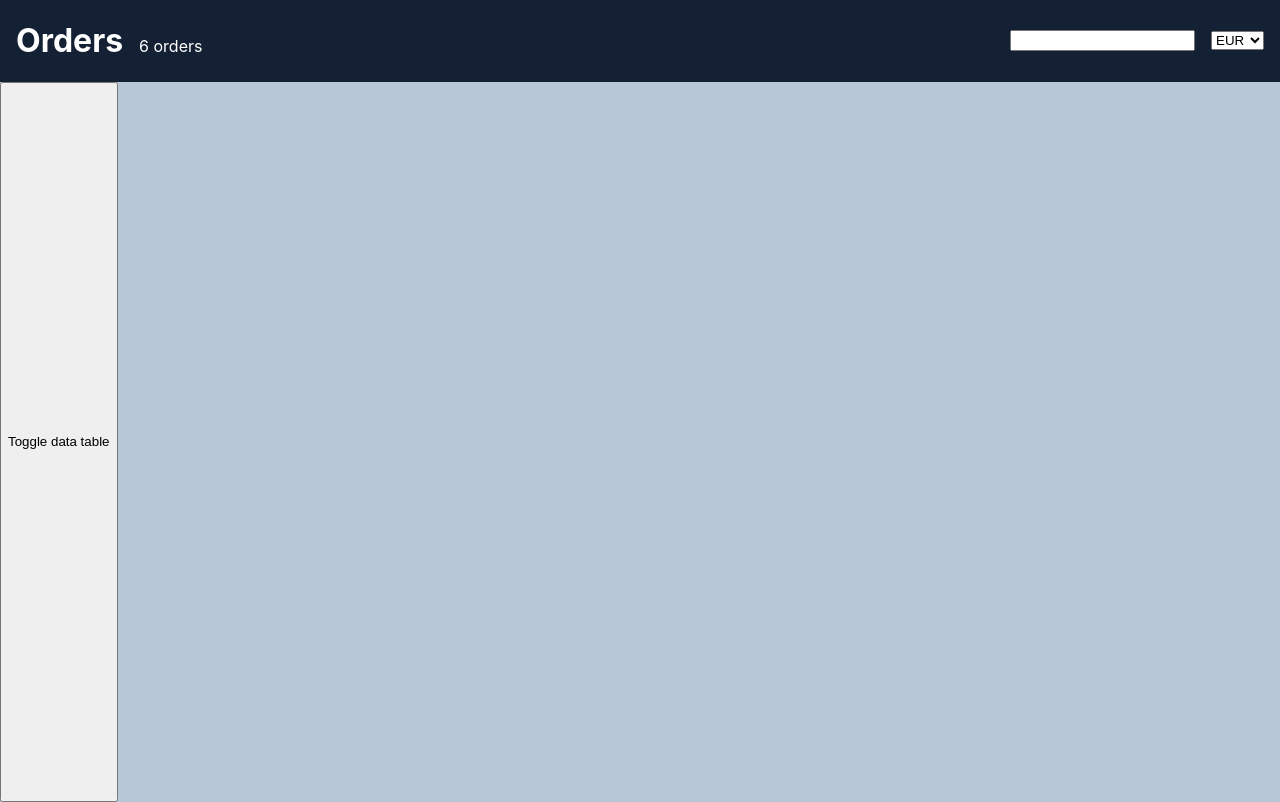
Repository: PreetiToppo/Assignment_Question_1
Page: /
The author's editor kept a copy of each file at every save. The page is drawn from the files as they stood at one save, then again after the next save.
The browser window is 1280 px wide. The pictures show the whole page.
The project was rebuilt for these pictures with package versions that can differ from the ones it lists, and the page was loaded fresh each time. Also part of the build but not shown: src/component/list/ListRow.module.css, src/component/list/ListRow.jsx, src/component/list/ListRowCell.module.css, src/component/list/ListRowCell.jsx, src/component/list/ListHeader.jsx, src/component/list/ListHeaderCell.module.css, src/component/list/ListHeaderCell.jsx, src/component/list/List.module.css and 4 more.

Above is the page before, as saved 2023-08-06 14:49:09.

### src/pages/Dashboard.jsx
import { useState } from "react";

// Data
import mockData from "../assets/data.json";
import timestamps from "../assets/timeStamps.json";

// Components
import Dropdown from "../component/dropdown/Dropdown";
import HeaderTitle from "../component/header-title/HeaderTitle";
import Search from "../component/search/Search";
import List from "../component/list/List";
import StoryBookButton from "../stories/Button";

// Styles
import styles from "./Dashboard.module.css";
import Card from "../component/card/Card";

const Dashboard = () => {
  const [currency, setCurrency] = useState("EUR");
  const [searchText, setSearchText] = useState("");
  const [selectedOrder, setSelectedOrder] = useState(null);
  const [selectedOrderDetails, setSelectedOrderDetails] = useState({});
  const [selectedOrderTimeStamps, setSelectedOrderTimeStamps] = useState({});
  const [showPage, setShowPage] = useState(false);

  const mergedData = mockData.results.map((order, index) => {
    const timestampsData = timestamps.results[index]?.timestamps;
    if (timestampsData) {
      return { ...order, timestamps: timestampsData };
    }
    return order;
  });

  const handleClick = (order) => {
    setSelectedOrder(order);
    setSelectedOrderDetails({
      buySellIndicator: order.executionDetails.buySellIndicator,
      orderStatus: order.executionDetails.orderStatus,
      orderType: order.executionDetails.orderType,
    });

    setSelectedOrderTimeStamps({
      orderReceived: order.timestamps.orderReceived,
      orderStatusUpdated: order.timestamps.orderStatusUpdated,
      orderSubmitted: order.timestamps.orderSubmitted,
    });
  };

  const messageComponent = () => {
    setShowPage(!showPage);
  };

  return (
    <div>
      <div className={styles.header}>
        <HeaderTitle
          primaryTitle="Orders"
          secondaryTitle={`${mockData.results.length}
          orders`}
        />
        <div className={styles.actionBox}>
          <Search
            value={searchText}
            onChange={(e) => setSearchText(e.target.value)}
          />
          <Dropdown
            options={[
              "GBP",
              "USD",
              "JPY",
              "EUR",
              "AUD",
              "BGN",
              "BRL",
              "CAD",
              "CHF",
              "CNY",
              "DKK",
              "HKD",
              "HRK",
              "HUF",
              "IDR",
              "ILS",
              "KRW",
              "MXN",
              "MYR",
              "NOL",
              "NZD",
              "PHP",
              "PLN",
              "RON",
              "SEK",
              "SGD",
              "THB",
              "TRY",
              "ZAR",
            ]}
            onChange={(e) => setCurrency(e.target.value)}
            selectedItem={currency}
          />
        </div>
      </div>
      {showPage ? (
        <div className={styles.content}>
          <div className={styles.section}>
            {selectedOrder && (
              <>
                <Card
                  cardData={selectedOrderDetails}
                  title="Selected Order Details"
                />
                <Card
                  cardData={selectedOrderTimeStamps}
                  title="Selected Order Timestamps"
                />
              </>
            )}
          </div>
          <List
            rows={mergedData}
            currency={currency}
            search={searchText}
            onItemClick={handleClick}
          />
        </div>
      ) : (
        <StoryBookButton
          className={styles.toggleButton}
          primary={false}
          size="large"
          label="Toggle data table"
          onClick={messageComponent}
        />
      )}
    </div>
  );
};

export default Dashboard;

### src/assets/data.json
{
  "header": {
    "returnedHits": 6,
    "totalHits": 151839,
    "skippedHits": 0,
    "previousSearchBefore": null,
    "nextSearchAfter": "WzE2Njc1NzU1NjAwMDBd",
    "offset": null
  },
  "results": [
    {
      "&hash": "f29403974dbdc9ce054b879d572610359a9f3d2d2531df63df8233a2ea879c78",
      "&id": "SE|20221104|179|9:1:NEWO",
      "&key": "Order:SE|20221104|179|9:1:NEWO:1667901986951",
      "&model": "Order",
      "executionDetails": {
        "buySellIndicator": "BUYI",
        "orderStatus": "NEWO",
        "orderType": "Market"
      },
      "statsDetails": {
        "avgVsArrivalPrice": 0.0,
        "avgArrivalPrice": 0.0,
        "avgVsMktPrice": 0.0,
        "avgMktPrice": 0.0,
        "avgVsBidAskSpread": 0.0,
        "avgBidAskSpread": 0.0,
        "avgVsClosePrice": 0.0,
        "avgClosePrice": 0.0,
        "avgVsInternalTwap": 0.0,
        "avgInternalTwap": 0.0,
        "avgVsInternalVwap": 0.0,
        "avgInternalVwap": 0.0,
        "avgVsMidPrice": 0.0,
        "avgMidPrice": 0.0,
        "avgVsMovingVwap": 0.0,
        "avgMovingVwap": 0.0,
        "avgVsTouchPrice": 0.0,
        "avgTouchPrice": 0.0,
        "avgVsOpenPrice": 0.0,
        "avgOpenPrice": 0.0,
        "avgVsVwap": 0.0,
        "avgVwap": 0.0,
        "avgPrice": 91.369091993762,
        "tradedQuantity": 195875.0,
        "amends": 0,
        "fills": 1,
        "lifeCycle": 1,
        "lastFillTime": 1667575741000
      },
      "bestExecutionData": {
        "orderVolume": {
          "AUD": 27757268.61955961,
          "BGN": 35456642.91433263,
          "BRL": 90068357.36117567,
          "CAD": 24203990.159998715,
          "CHF": 17880604.819718923,
          "CNY": 128523532.2000561,
          "CZK": 442745747.64998025,
          "DKK": 134913994.73574597,
          "EUR": 18128971.732453536,
          "GBP": 15858861.892115705,
          "HKD": 140486840.6463022,
          "HRK": 136607240.69555715,
          "HUF": 7272437010.473736,
          "IDR": 280850585574.541,
          "ILS": 63569239.379848324,
          "INR": 1468809289.7633855,
          "JPY": 2632145405.834929,
          "KRW": 25338863790.45031,
          "MXN": 349183937.43596077,
          "MYR": 84974116.30435622,
          "NOK": 184949956.71731773,
          "NZD": 30400472.698151335,
          "PHP": 1045534057.7540603,
          "PLN": 84888910.13721369,
          "RON": 88637981.49148509,
          "SEK": 196768233.3897042,
          "SGD": 25182954.633551206,
          "THB": 669067830.7579302,
          "TRY": 333292080.815292,
          "USD": 17896920.89427813,
          "ZAR": 322664877.5857278
        }
      },
      "transactionDetails": {
        "buySellIndicator": "BUYI",
        "priceCurrency": "USD",
        "priceNotation": "MONE",
        "quantityCurrency": "USD",
        "quantityNotation": "UNIT",
        "tradingCapacity": "AOTC",
        "ultimateVenue": "XNGS",
        "venue": "XNGS"
      }
    },
    {
      "&hash": "f29403974dbdc9ce054b879d572610359a9f3d2d2531df63df8233a2ea879c78",
      "&id": "SE|20221104|180|9:1:NEWO",
      "&key": "Order:SE|20221104|180|9:1:NEWO:1667901986951",
      "&model": "Order",
      "executionDetails": {
        "buySellIndicator": "BUYI",
        "orderStatus": "NEWO",
        "orderType": "Market"
      },
      "statsDetails": {
        "avgVsArrivalPrice": 0.0,
        "avgArrivalPrice": 0.0,
        "avgVsMktPrice": 0.0,
        "avgMktPrice": 0.0,
        "avgVsBidAskSpread": 0.0,
        "avgBidAskSpread": 0.0,
        "avgVsClosePrice": 0.0,
        "avgClosePrice": 0.0,
        "avgVsInternalTwap": 0.0,
        "avgInternalTwap": 0.0,
        "avgVsInternalVwap": 0.0,
        "avgInternalVwap": 0.0,
        "avgVsMidPrice": 0.0,
        "avgMidPrice": 0.0,
        "avgVsMovingVwap": 0.0,
        "avgMovingVwap": 0.0,
        "avgVsTouchPrice": 0.0,
        "avgTouchPrice": 0.0,
        "avgVsOpenPrice": 0.0,
        "avgOpenPrice": 0.0,
        "avgVsVwap": 0.0,
        "avgVwap": 0.0,
        "avgPrice": 91.369091993762,
        "tradedQuantity": 195875.0,
        "amends": 0,
        "fills": 1,
        "lifeCycle": 1,
        "lastFillTime": 1667575741000
      },
      "bestExecutionData": {
        "orderVolume": {
          "AUD": 27757268.61955961,
          "BGN": 35456642.91433263,
          "BRL": 90068357.36117567,
          "CAD": 24203990.159998715,
          "CHF": 17880604.819718923,
          "CNY": 128523532.2000561,
          "CZK": 442745747.64998025,
          "DKK": 134913994.73574597,
          "EUR": 18128971.732453536,
          "GBP": 15858861.892115705,
          "HKD": 140486840.6463022,
          "HRK": 136607240.69555715,
          "HUF": 7272437010.473736,
          "IDR": 280850585574.541,
          "ILS": 63569239.379848324,
          "INR": 1468809289.7633855,
          "JPY": 2632145405.834929,
          "KRW": 25338863790.45031,
          "MXN": 349183937.43596077,
          "MYR": 84974116.30435622,
          "NOK": 184949956.71731773,
          "NZD": 30400472.698151335,
          "PHP": 1045534057.7540603,
          "PLN": 84888910.13721369,
          "RON": 88637981.49148509,
          "SEK": 196768233.3897042,
          "SGD": 25182954.633551206,
          "THB": 669067830.7579302,
          "TRY": 333292080.815292,
          "USD": 17896920.89427813,
          "ZAR": 322664877.5857278
        }
      },
      "transactionDetails": {
        "buySellIndicator": "BUYI",
        "priceCurrency": "USD",
        "priceNotation": "MONE",
        "quantityCurrency": "USD",
        "quantityNotation": "UNIT",
        "tradingCapacity": "AOTC",
        "ultimateVenue": "XNGS",
        "venue": "XNGS"
      }
    },
    {
      "&hash": "f29403974dbdc9ce054b879d572610359a9f3d2d2531df63df8233a2ea879c78",
      "&id": "SE|20221104|181|9:1:NEWO",
      "&key": "Order:SE|20221104|181|9:1:NEWO:1667901986951",
      "&model": "Order",
      "executionDetails": {
        "buySellIndicator": "BUYI",
        "orderStatus": "NEWO",
        "orderType": "Market"
      },
      "statsDetails": {
        "avgVsArrivalPrice": 0.0,
        "avgArrivalPrice": 0.0,
        "avgVsMktPrice": 0.0,
        "avgMktPrice": 0.0,
        "avgVsBidAskSpread": 0.0,
        "avgBidAskSpread": 0.0,
        "avgVsClosePrice": 0.0,
        "avgClosePrice": 0.0,
        "avgVsInternalTwap": 0.0,
        "avgInternalTwap": 0.0,
        "avgVsInternalVwap": 0.0,
        "avgInternalVwap": 0.0,
        "avgVsMidPrice": 0.0,
        "avgMidPrice": 0.0,
        "avgVsMovingVwap": 0.0,
        "avgMovingVwap": 0.0,
        "avgVsTouchPrice": 0.0,
        "avgTouchPrice": 0.0,
        "avgVsOpenPrice": 0.0,
        "avgOpenPrice": 0.0,
        "avgVsVwap": 0.0,
        "avgVwap": 0.0,
        "avgPrice": 91.369091993762,
        "tradedQuantity": 195875.0,
        "amends": 0,
        "fills": 1,
        "lifeCycle": 1,
        "lastFillTime": 1667575741000
      },
      "bestExecutionData": {
        "orderVolume": {
          "AUD": 27757268.61955961,
          "BGN": 35456642.91433263,
          "BRL": 90068357.36117567,
          "CAD": 24203990.159998715,
          "CHF": 17880604.819718923,
          "CNY": 128523532.2000561,
          "CZK": 442745747.64998025,
          "DKK": 134913994.73574597,
          "EUR": 18128971.732453536,
          "GBP": 15858861.892115705,
          "HKD": 140486840.6463022,
          "HRK": 136607240.69555715,
          "HUF": 7272437010.473736,
          "IDR": 280850585574.541,
          "ILS": 63569239.379848324,
          "INR": 1468809289.7633855,
          "JPY": 2632145405.834929,
          "KRW": 25338863790.45031,
          "MXN": 349183937.43596077,
          "MYR": 84974116.30435622,
          "NOK": 184949956.71731773,
          "NZD": 30400472.698151335,
          "PHP": 1045534057.7540603,
          "PLN": 84888910.13721369,
          "RON": 88637981.49148509,
          "SEK": 196768233.3897042,
          "SGD": 25182954.633551206,
          "THB": 669067830.7579302,
          "TRY": 333292080.815292,
          "USD": 17896920.89427813,
          "ZAR": 322664877.5857278
        }
      },
      "transactionDetails": {
        "buySellIndicator": "BUYI",
        "priceCurrency": "USD",
        "priceNotation": "MONE",
        "quantityCurrency": "USD",
        "quantityNotation": "UNIT",
        "tradingCapacity": "AOTC",
        "ultimateVenue": "XNGS",
        "venue": "XNGS"
      }
    },
    {
      "&hash": "f29403974dbdc9ce054b879d572610359a9f3d2d2531df63df8233a2ea879c78",
      "&id": "SE|20221104|182|9:1:NEWO",
      "&key": "Order:SE|20221104|182|9:1:NEWO:1667901986951",
      "&model": "Order",
      "executionDetails": {
        "buySellIndicator": "BUYI",
        "orderStatus": "NEWO",
        "orderType": "Market"
      },
      "statsDetails": {
        "avgVsArrivalPrice": 0.0,
        "avgArrivalPrice": 0.0,
        "avgVsMktPrice": 0.0,
        "avgMktPrice": 0.0,
        "avgVsBidAskSpread": 0.0,
        "avgBidAskSpread": 0.0,
        "avgVsClosePrice": 0.0,
        "avgClosePrice": 0.0,
        "avgVsInternalTwap": 0.0,
        "avgInternalTwap": 0.0,
        "avgVsInternalVwap": 0.0,
        "avgInternalVwap": 0.0,
        "avgVsMidPrice": 0.0,
        "avgMidPrice": 0.0,
        "avgVsMovingVwap": 0.0,
        "avgMovingVwap": 0.0,
        "avgVsTouchPrice": 0.0,
        "avgTouchPrice": 0.0,
        "avgVsOpenPrice": 0.0,
        "avgOpenPrice": 0.0,
        "avgVsVwap": 0.0,
        "avgVwap": 0.0,
        "avgPrice": 91.369091993762,
        "tradedQuantity": 195875.0,
        "amends": 0,
        "fills": 1,
        "lifeCycle": 1,
        "lastFillTime": 1667575741000
      },
      "bestExecutionData": {
        "orderVolume": {
          "AUD": 27757268.61955961,
          "BGN": 35456642.91433263,
          "BRL": 90068357.36117567,
          "CAD": 24203990.159998715,
          "CHF": 17880604.819718923,
          "CNY": 128523532.2000561,
          "CZK": 442745747.64998025,
          "DKK": 134913994.73574597,
          "EUR": 18128971.732453536,
          "GBP": 15858861.892115705,
          "HKD": 140486840.6463022,
          "HRK": 136607240.69555715,
          "HUF": 7272437010.473736,
          "IDR": 280850585574.541,
          "ILS": 63569239.379848324,
          "INR": 1468809289.7633855,
          "JPY": 2632145405.834929,
          "KRW": 25338863790.45031,
          "MXN": 349183937.43596077,
          "MYR": 84974116.30435622,
          "NOK": 184949956.71731773,
          "NZD": 30400472.698151335,
          "PHP": 1045534057.7540603,
          "PLN": 84888910.13721369,
          "RON": 88637981.49148509,
          "SEK": 196768233.3897042,
          "SGD": 25182954.633551206,
          "THB": 669067830.7579302,
          "TRY": 333292080.815292,
          "USD": 17896920.89427813,
          "ZAR": 322664877.5857278
        }
      },
      "transactionDetails": {
        "buySellIndicator": "BUYI",
        "priceCurrency": "USD",
        "priceNotation": "MONE",
        "quantityCurrency": "USD",
        "quantityNotation": "UNIT",
        "tradingCapacity": "AOTC",
        "ultimateVenue": "XNGS",
        "venue": "XNGS"
      }
    },
    {
      "&hash": "f29403974dbdc9ce054b879d572610359a9f3d2d2531df63df8233a2ea879c78",
      "&id": "SE|20221104|183|9:1:NEWO",
      "&key": "Order:SE|20221104|183|9:1:NEWO:1667901986951",
      "&model": "Order",
      "executionDetails": {
        "buySellIndicator": "BUYI",
        "orderStatus": "NEWO",
        "orderType": "Market"
      },
      "statsDetails": {
        "avgVsArrivalPrice": 0.0,
        "avgArrivalPrice": 0.0,
        "avgVsMktPrice": 0.0,
        "avgMktPrice": 0.0,
        "avgVsBidAskSpread": 0.0,
        "avgBidAskSpread": 0.0,
        "avgVsClosePrice": 0.0,
        "avgClosePrice": 0.0,
        "avgVsInternalTwap": 0.0,
        "avgInternalTwap": 0.0,
        "avgVsInternalVwap": 0.0,
        "avgInternalVwap": 0.0,
        "avgVsMidPrice": 0.0,
        "avgMidPrice": 0.0,
        "avgVsMovingVwap": 0.0,
        "avgMovingVwap": 0.0,
        "avgVsTouchPrice": 0.0,
        "avgTouchPrice": 0.0,
        "avgVsOpenPrice": 0.0,
        "avgOpenPrice": 0.0,
        "avgVsVwap": 0.0,
        "avgVwap": 0.0,
        "avgPrice": 91.369091993762,
        "tradedQuantity": 195875.0,
        "amends": 0,
        "fills": 1,
        "lifeCycle": 1,
        "lastFillTime": 1667575741000
      },
      "bestExecutionData": {
        "orderVolume": {
          "AUD": 27757268.61955961,
          "BGN": 35456642.91433263,
          "BRL": 90068357.36117567,
          "CAD": 24203990.159998715,
          "CHF": 17880604.819718923,
          "CNY": 128523532.2000561,
          "CZK": 442745747.64998025,
          "DKK": 134913994.73574597,
          "EUR": 18128971.732453536,
          "GBP": 15858861.892115705,
          "HKD": 140486840.6463022,
          "HRK": 136607240.69555715,
          "HUF": 7272437010.473736,
          "IDR": 280850585574.541,
          "ILS": 63569239.379848324,
          "INR": 1468809289.7633855,
          "JPY": 2632145405.834929,
          "KRW": 25338863790.45031,
          "MXN": 349183937.43596077,
          "MYR": 84974116.30435622,
          "NOK": 184949956.71731773,
          "NZD": 30400472.698151335,
          "PHP": 1045534057.7540603,
          "PLN": 84888910.13721369,
          "RON": 88637981.49148509,
          "SEK": 196768233.3897042,
          "SGD": 25182954.633551206,
          "THB": 669067830.7579302,
          "TRY": 333292080.815292,
          "USD": 17896920.89427813,
          "ZAR": 322664877.5857278
        }
      },
      "transactionDetails": {
        "buySellIndicator": "BUYI",
        "priceCurrency": "USD",
        "priceNotation": "MONE",
        "quantityCurrency": "USD",
        "quantityNotation": "UNIT",
        "tradingCapacity": "AOTC",
        "ultimateVenue": "XNGS",
        "venue": "XNGS"
      }
    },
    {
      "&hash": "f29403974dbdc9ce054b879d572610359a9f3d2d2531df63df8233a2ea879c78",
      "&id": "SE|202211454|184|9:1:NEWO",
      "&key": "Order:SE|20221104|184|9:1:NEWO:1667901986951",
      "&model": "Order",
      "executionDetails": {
        "buySellIndicator": "SELL",
        "orderStatus": "NEWO",
        "orderType": "Market"
      },
      "statsDetails": {
        "avgVsArrivalPrice": 0.0,
        "avgArrivalPrice": 0.0,
        "avgVsMktPrice": 0.0,
        "avgMktPrice": 0.0,
        "avgVsBidAskSpread": 0.0,
        "avgBidAskSpread": 0.0,
        "avgVsClosePrice": 0.0,
        "avgClosePrice": 0.0,
        "avgVsInternalTwap": 0.0,
        "avgInternalTwap": 0.0,
        "avgVsInternalVwap": 0.0,
        "avgInternalVwap": 0.0,
        "avgVsMidPrice": 0.0,
        "avgMidPrice": 0.0,
        "avgVsMovingVwap": 0.0,
        "avgMovingVwap": 0.0,
        "avgVsTouchPrice": 0.0,
        "avgTouchPrice": 0.0,
        "avgVsOpenPrice": 0.0,
        "avgOpenPrice": 0.0,
        "avgVsVwap": 0.0,
        "avgVwap": 0.0,
        "avgPrice": 91.369091993762,
        "tradedQuantity": 195875.0,
        "amends": 0,
        "fills": 1,
        "lifeCycle": 1,
        "lastFillTime": 1667575741000
      },
      "bestExecutionData": {
        "orderVolume": {
          "AUD": 27757268.61955961,
          "BGN": 35456642.91433263,
          "BRL": 90068357.36117567,
          "CAD": 24203990.159998715,
          "CHF": 17880604.819718923,
          "CNY": 128523532.2000561,
          "CZK": 442745747.64998025,
          "DKK": 134913994.73574597,
          "EUR": 18128971.732453536,
          "GBP": 15858861.892115705,
          "HKD": 140486840.6463022,
          "HRK": 136607240.69555715,
          "HUF": 7272437010.473736,
          "IDR": 280850585574.541,
          "ILS": 63569239.379848324,
          "INR": 1468809289.7633855,
          "JPY": 2632145405.834929,
          "KRW": 25338863790.45031,
          "MXN": 349183937.43596077,
          "MYR": 84974116.30435622,
          "NOK": 184949956.71731773,
          "NZD": 30400472.698151335,
          "PHP": 1045534057.7540603,
          "PLN": 84888910.13721369,
          "RON": 88637981.49148509,
          "SEK": 196768233.3897042,
          "SGD": 25182954.633551206,
          "THB": 669067830.7579302,
          "TRY": 333292080.815292,
          "USD": 17896920.89427813,
          "ZAR": 322664877.5857278
        }
      },
      "transactionDetails": {
        "buySellIndicator": "BUYI",
        "priceCurrency": "USD",
        "priceNotation": "MONE",
        "quantityCurrency": "USD",
        "quantityNotation": "UNIT",
        "tradingCapacity": "AOTC",
        "ultimateVenue": "XNGS",
        "venue": "XNGS"
      }
    }
  ]
}

### src/assets/timeStamps.json
{
  "results": [
    {
      "&id": "SE|20221104|179|9:1:NEWO",
      "timestamps": {
        "orderReceived": "2022-11-04T15:29:00Z",
        "orderStatusUpdated": "2022-11-04T15:29:00Z",
        "orderSubmitted": "2022-11-04T15:29:00Z"
      }
    },
    {
      "&id": "SE|20221104|180|9:1:NEWO",
      "timestamps": {
        "orderReceived": "2022-11-04T15:29:00Z",
        "orderStatusUpdated": "2022-11-04T15:29:00Z",
        "orderSubmitted": "2022-11-04T15:29:00Z"
      }
    },
    {
      "&id": "SE|20221104|181|9:1:NEWO",
      "timestamps": {
        "orderReceived": "2022-11-04T15:29:00Z",
        "orderStatusUpdated": "2022-11-04T15:29:00Z",
        "orderSubmitted": "2022-11-04T15:29:00Z"
      }
    },
    {
      "&id": "SE|20221104|182|9:1:NEWO",
      "timestamps": {
        "orderReceived": "2022-11-04T15:29:00Z",
        "orderStatusUpdated": "2022-11-04T15:29:00Z",
        "orderSubmitted": "2022-11-04T15:29:00Z"
      }
    },
    {
      "&id": "SE|20221104|183|9:1:NEWO",
      "timestamps": {
        "orderReceived": "2022-11-04T15:29:00Z",
        "orderStatusUpdated": "2022-11-04T15:29:00Z",
        "orderSubmitted": "2022-11-04T15:29:00Z"
      }
    },
    {
      "&id": "SE|202211454|184|9:1:NEWO",
      "timestamps": {
        "orderReceived": "2022-11-04T15:29:00Z",
        "orderStatusUpdated": "2022-11-04T15:29:00Z",
        "orderSubmitted": "2022-11-04T15:29:00Z"
      }
    }
  ]
}

### src/component/dropdown/Dropdown.jsx
const Dropdown = ({ options, onChange, selectedItem }) => {
  return (
    <select
      name="currency"
      id="currency"
      value={selectedItem}
      onChange={onChange}
    >
      {options.map((option) => (
        <option value={option} key={option}>
          {option}
        </option>
      ))}
    </select>
  );
};

export default Dropdown;

### src/component/search/Search.jsx
const Search = ({ searchText, onChange }) => {
  return <input type="text" value={searchText} onChange={onChange} />
}

export default Search

### src/stories/Button.jsx
import React from "react";
import PropTypes from "prop-types";
import "./button.css";

/**
 * Primary UI component for user interaction
 */
export const Button = ({ primary, backgroundColor, size, label, ...props }) => {
  const mode = primary
    ? "storybook-button--primary"
    : "storybook-button--secondary";
  return (
    <button
      type="button"
      className={["storybook-button", `storybook-button--${size}`, mode].join(
        " "
      )}
      style={backgroundColor && { backgroundColor }}
      {...props}
    >
      {label}
    </button>
  );
};

Button.propTypes = {
  /**
   * Is this the principal call to action on the page?
   */
  primary: PropTypes.bool,
  /**
   * What background color to use
   */
  backgroundColor: PropTypes.string,
  /**
   * How large should the button be?
   */
  size: PropTypes.oneOf(["small", "medium", "large"]),
  /**
   * Button contents
   */
  label: PropTypes.string.isRequired,
  /**
   * Optional click handler
   */
  onClick: PropTypes.func,
};

Button.defaultProps = {
  backgroundColor: null,
  primary: false,
  size: "medium",
  onClick: undefined,
};

export default Button;

### src/pages/Dashboard.module.css
.header {
  display: flex;
  padding: 0 1em;
  background-color: #142033;
  color: white;
  justify-content: space-between;
}

.actionBox {
  display: flex;
  justify-content: center;
  align-items: center;
  gap: 1em;
}

.content {
  display: flex;
  flex-direction: column;
  background-color: rgb(184, 199, 214);
  gap: 1em;
  margin: 1em;
}

.section {
  display: flex;
  flex-direction: row;
  gap: 1em;
}

.toggleButton {
  display: flex;
  justify-content: center;
  align-items: center;
  height: 100vh;
}

Loaded but not shown: public/index.html (common file); src/index.js (common file); src/App.js (common file); src/reportWebVitals.js (common file); src/index.css (common file); src/component/header-title/HeaderTitle.jsx (common file); src/component/header-title/HeaderTitle.module.css (common file)

After the next save:
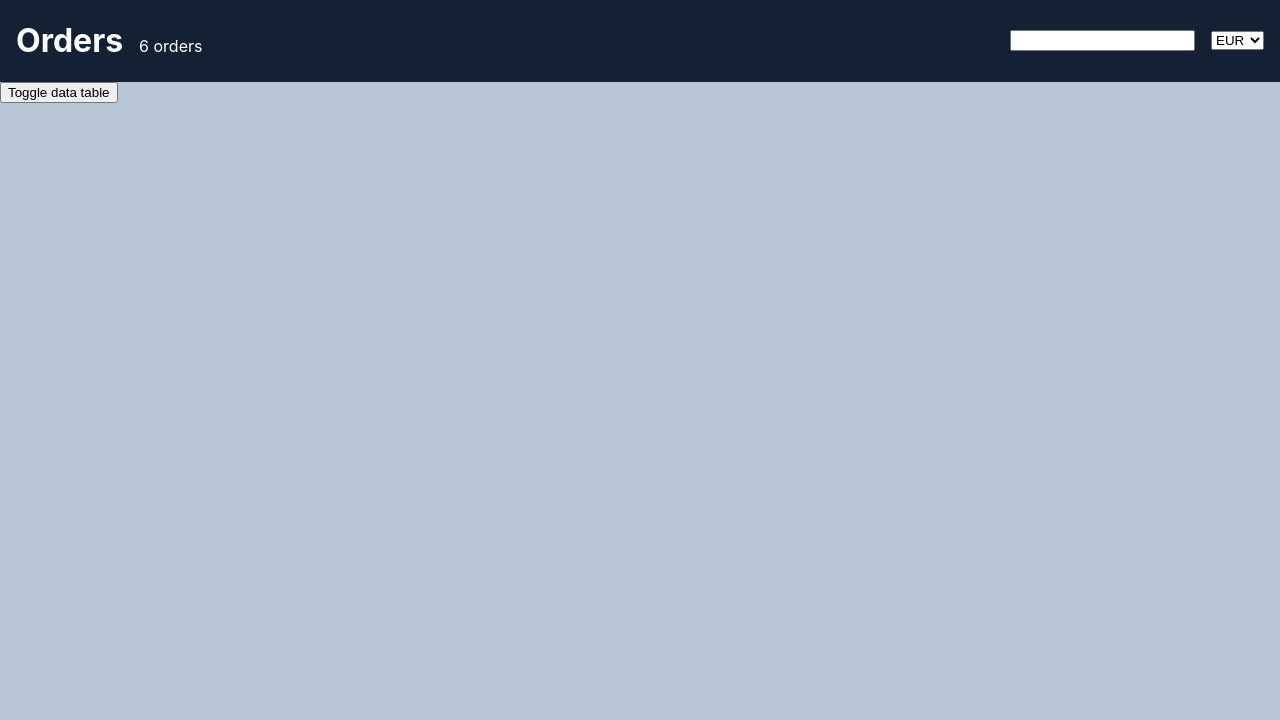
Saved 25 s later.
--- a/src/pages/Dashboard.module.css
+++ b/src/pages/Dashboard.module.css
@@ -31,5 +31,4 @@
   display: flex;
   justify-content: center;
   align-items: center;
-  height: 100vh;
 }
